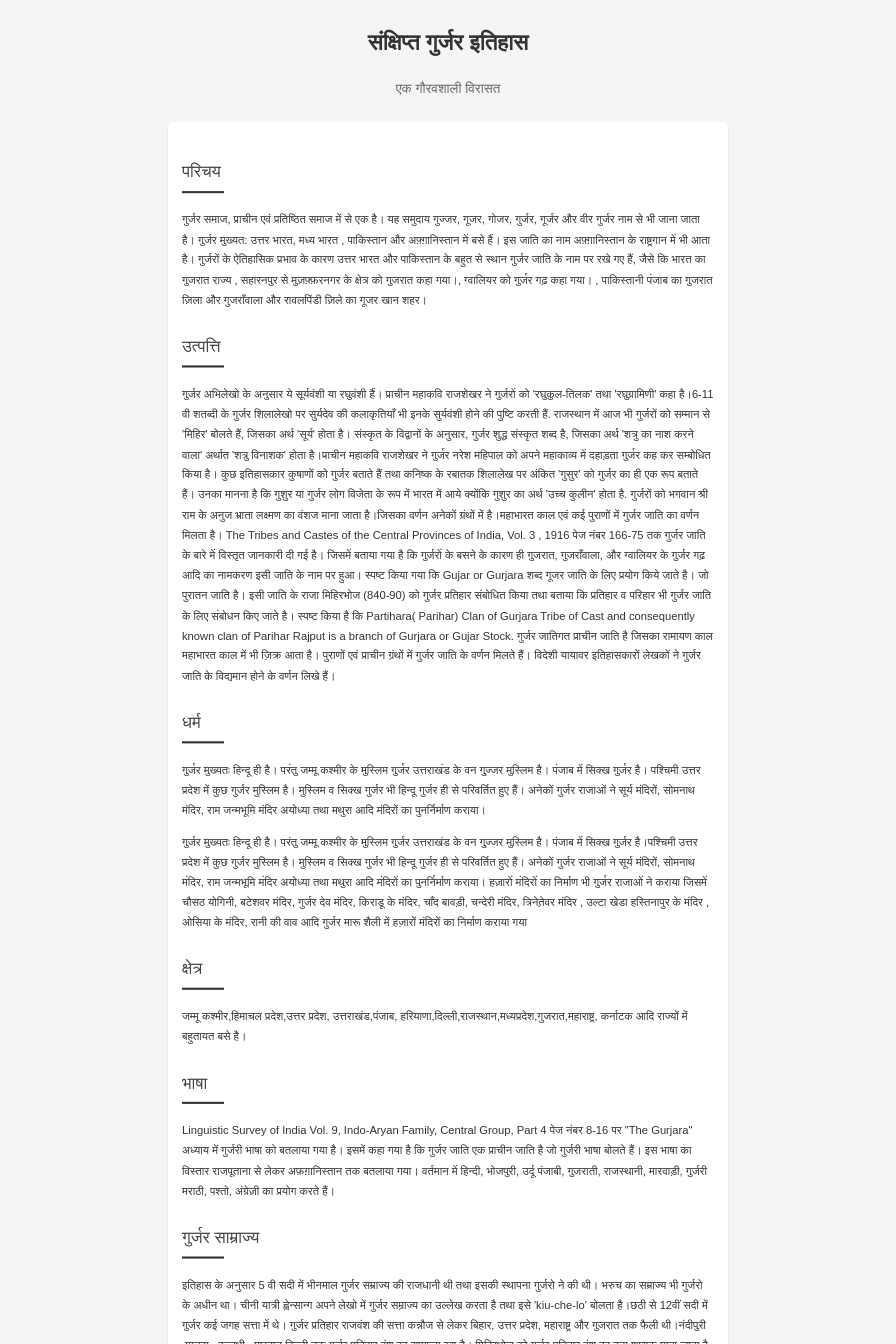
Repository: thegurjararyan/website-master
Page: blogs/blog1.html
The author's editor kept a copy of each file at every save. The page is drawn from the files as they stood at one save, then again after the next save.
The browser window is 1280 px wide. The pictures show the part of the page from y = 0 to 1920 px (the page is 3463 px tall), at 70% of full size.

Above is the page before, as saved 2024-12-08 20:38:03.

After the next save:
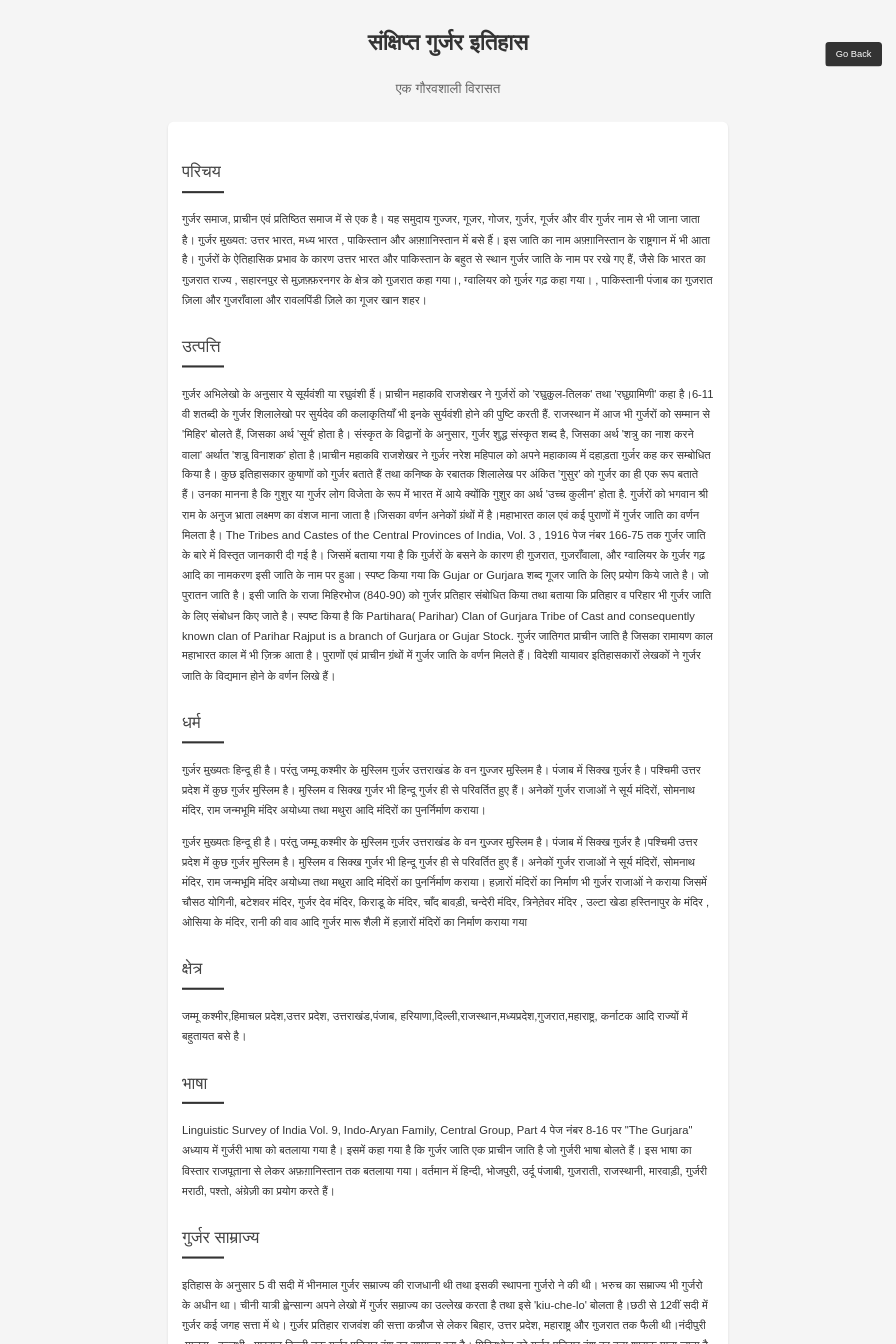
Saved 4 min 19 s later.
--- a/blogs/blog1.html
+++ b/blogs/blog1.html
@@ -148,9 +148,25 @@
                 padding: 15px;
             }
         }
+
+        #goBack {
+            position: fixed;
+            top: 60px; /* Adjusted to avoid overlap with the "Back to Top" button */
+            right: 20px;
+            background-color: #333;
+            color: white;
+            border: none;
+            padding: 10px 15px;
+            border-radius: 5px;
+            cursor: pointer;
+        }
+        #goBack:hover {
+            background-color: #555;
+        }
     </style>
 </head>
 <body>
+    <button id="goBack" onclick="goBack()">Go Back</button>
     <div class="hero">
         <div class="container">
             <h1 class="content">संक्षिप्त गुर्जर इतिहास</h1>
@@ -243,5 +259,10 @@
             </div>
         </div>
     </div>
+    <script>
+        function goBack() {
+            window.history.back();
+        }
+    </script>
 </body>
 </html>
